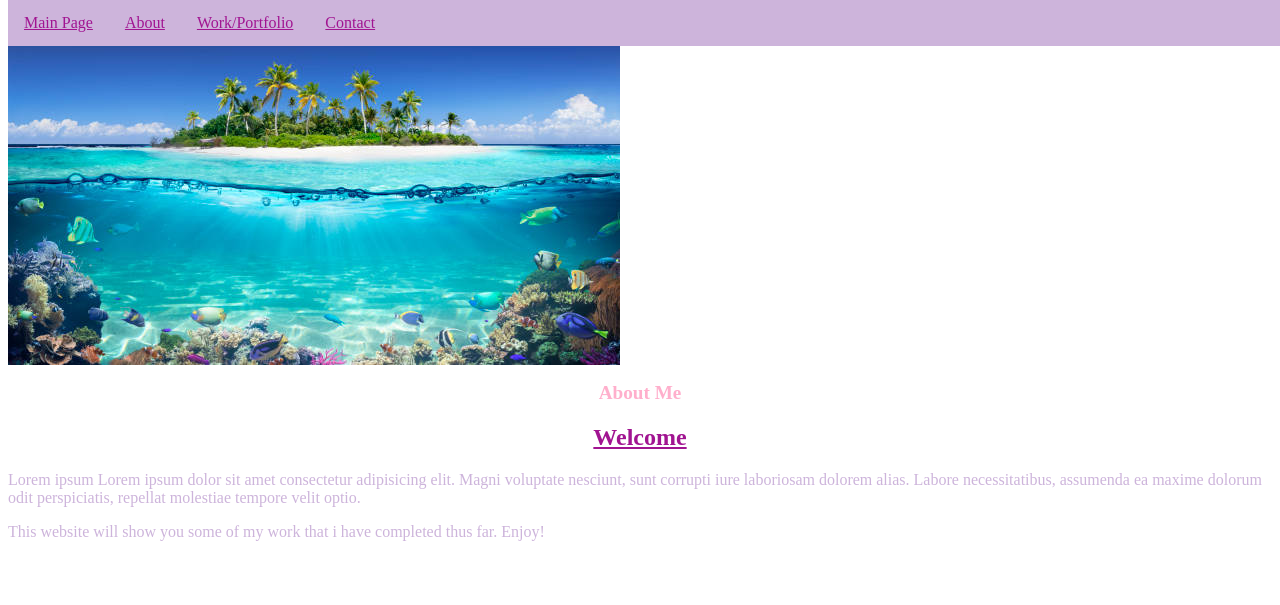
Repository: MelindaN14/My-Personal-Website
Page: about.html
An editor plug-in stored every save of this project. The page is shown before and after a run of saves, followed by the edit.
The browser window is 1280 px wide. The pictures show the whole page.

Above is the page before, as saved 2024-03-25 22:11:05.

After the next 2 saves:
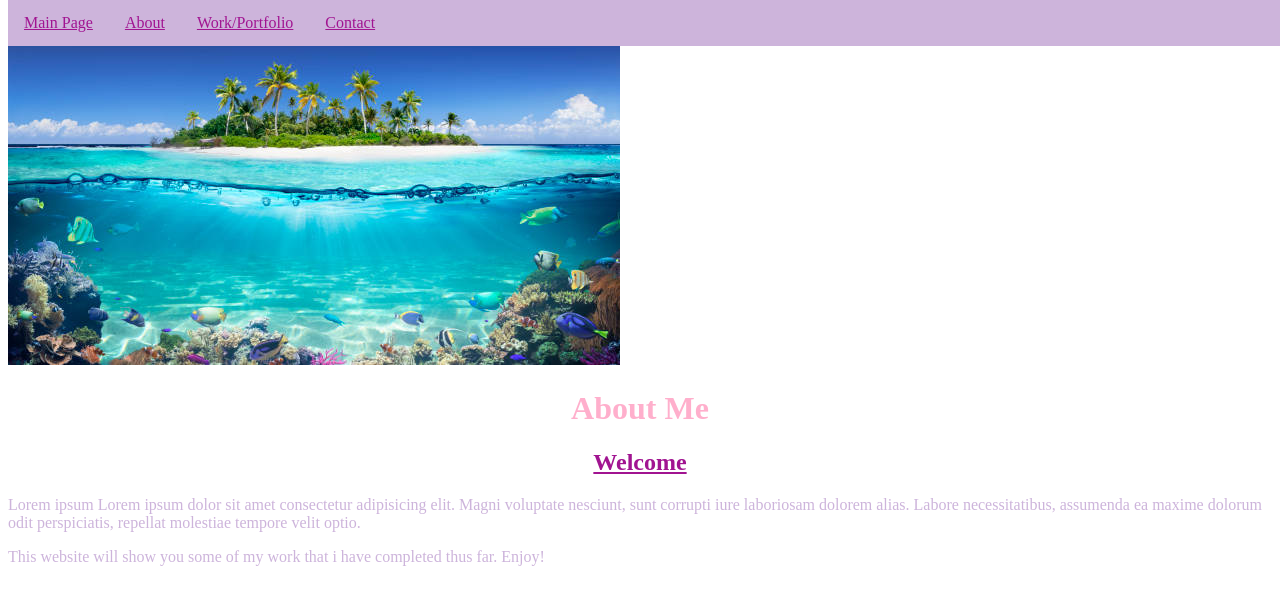
The 2 saves are shown as one change because they came seconds apart.
The last was saved 9 s later.
--- a/style.css
+++ b/style.css
@@ -30,6 +30,7 @@
 
 h1 {
   color: #ffafcc;
+  fo
   font-size:larger;
   text-align: center;
 }

After the save that followed:
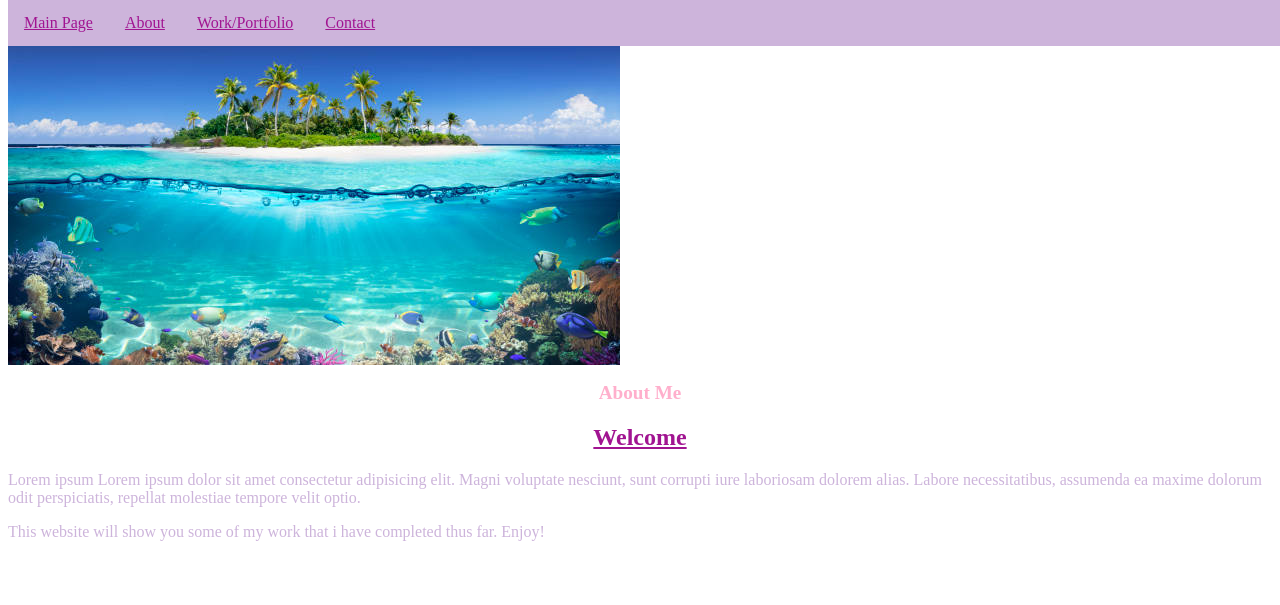
Saved 4 s later.
--- a/style.css
+++ b/style.css
@@ -30,7 +30,7 @@
 
 h1 {
   color: #ffafcc;
-  fo
+  font-style: ;
   font-size:larger;
   text-align: center;
 }
